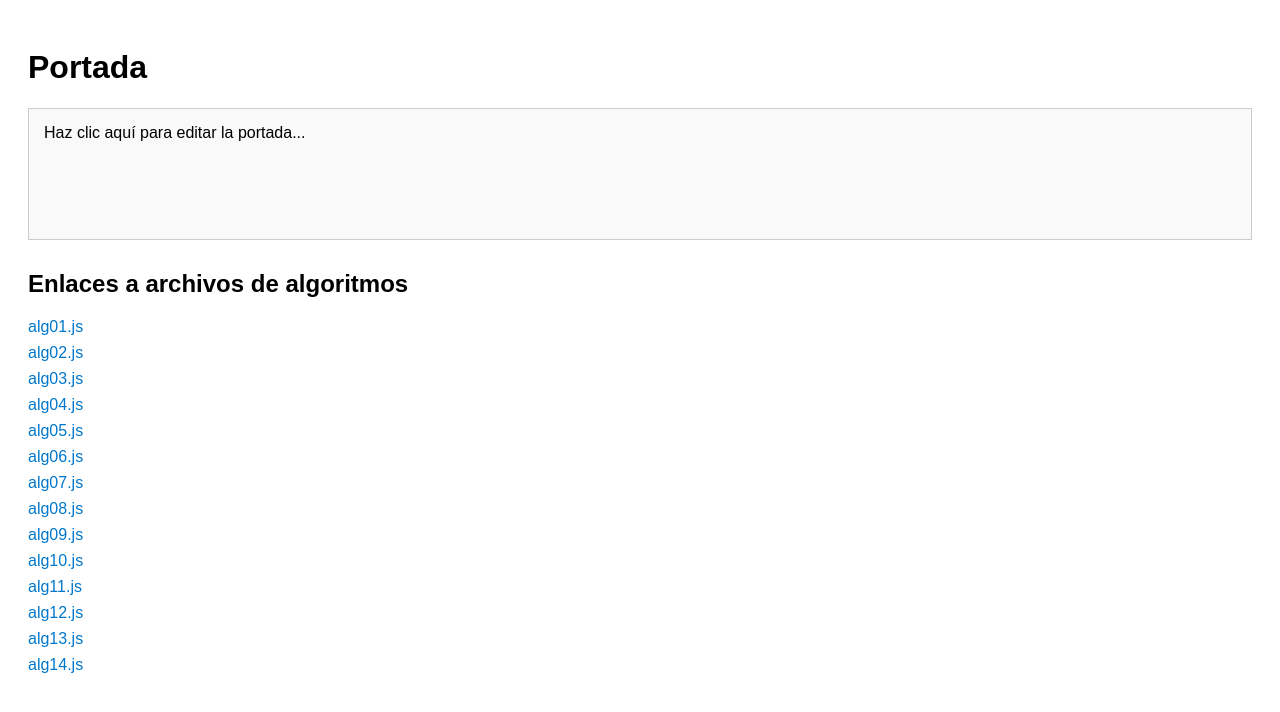
Repository: rlhardrock/SENATallerAlgoritmos01
Page: algoritmo.html
An editor plug-in stored every save of this project. The page is shown before and after the next save, followed by the edit.
The browser window is 1280 px wide. The pictures show the whole page.

Above is the page before, as saved 2025-04-23 16:10:01.

After the next save:
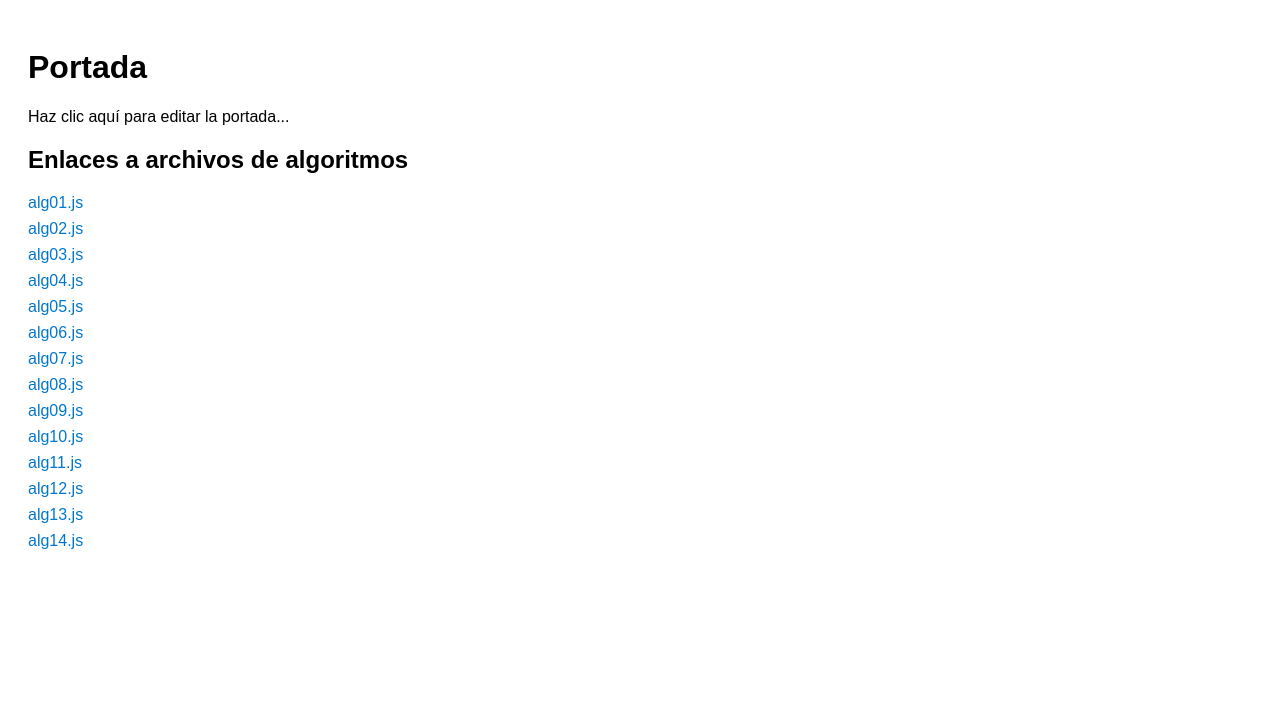
Saved 9 s later.
--- a/algoritmo.html
+++ b/algoritmo.html
@@ -8,13 +8,7 @@
       font-family: Arial, sans-serif;
       padding: 20px;
     }
-    #portada {
-      border: 1px solid #ccc;
-      padding: 15px;
-      margin-bottom: 30px;
-      min-height: 100px;
-      background-color: #f9f9f9;
-    }
+
     ul {
       list-style: none;
       padding-left: 0;
